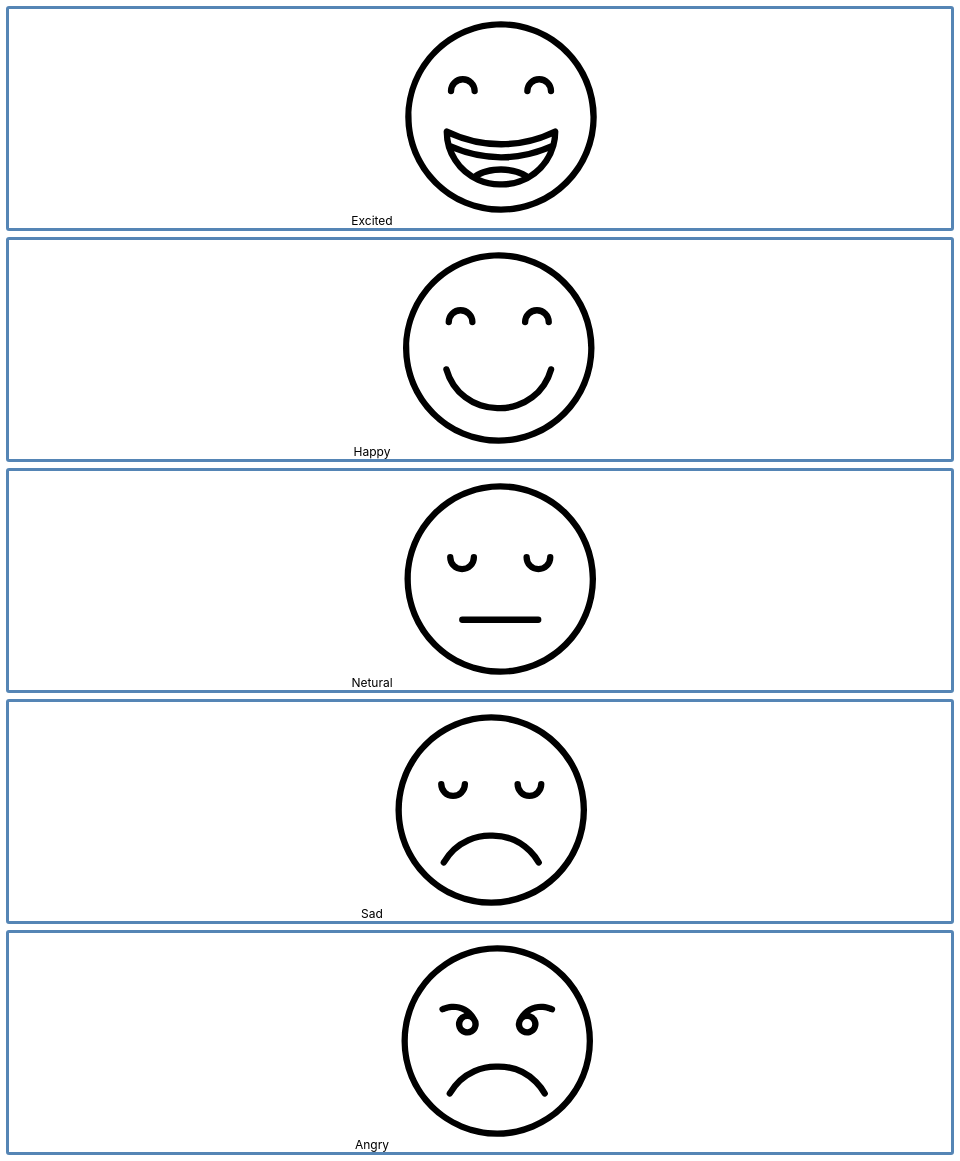
Repository: majakesin/moodify-app
Page: /
The author's editor kept a copy of each file at every save. The page is drawn from the files as they stood at one save, then again after the next save.
The browser window is 1280 px wide. The pictures show the whole page, at 75% of full size.
The project was rebuilt for these pictures with package versions that can differ from the ones it lists, and the page was loaded fresh each time.

Above is the page before, as saved 2023-08-21 11:43:25.

After the next save:
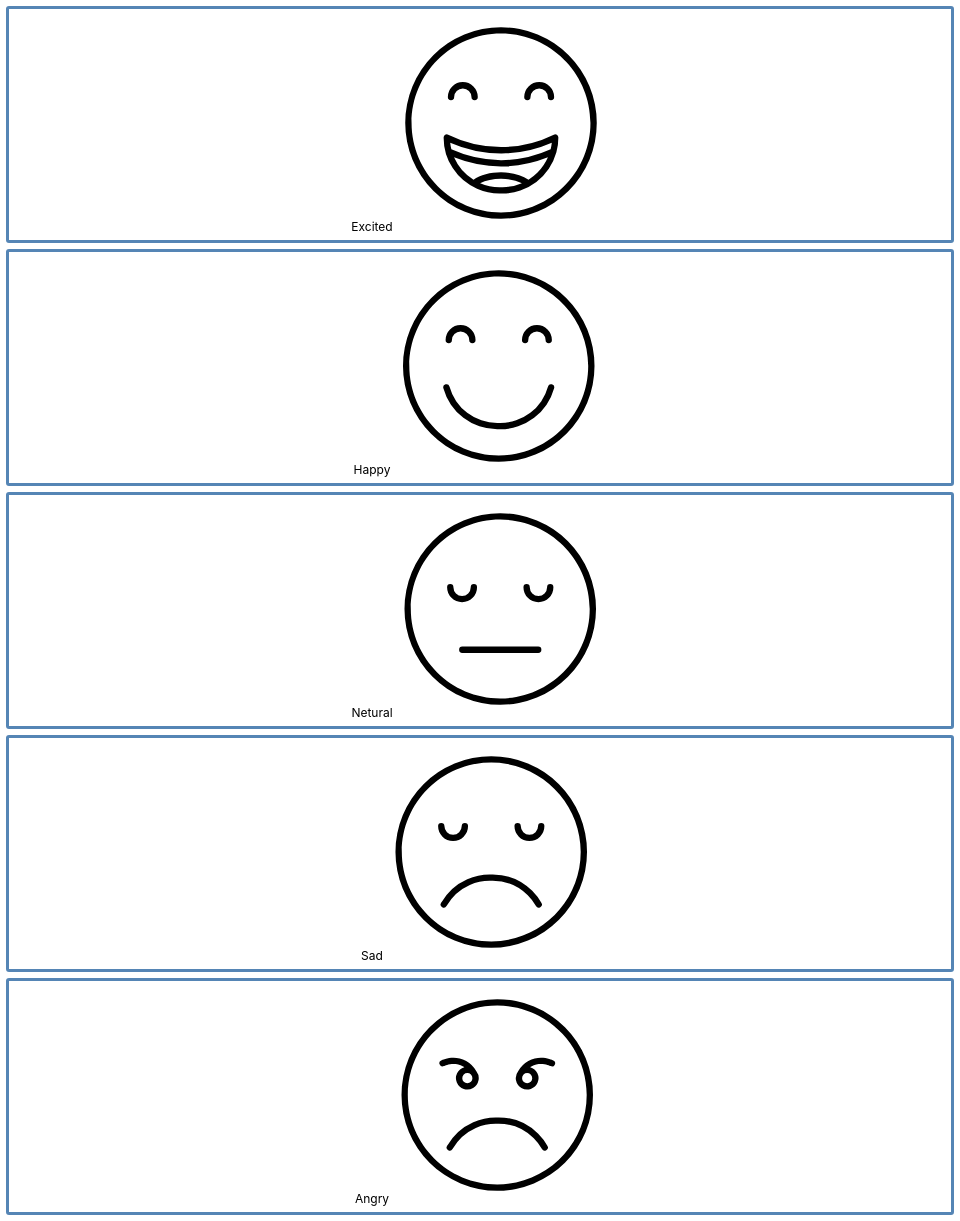
Saved 16 s later.
--- a/src/components/Mood/index.module.css
+++ b/src/components/Mood/index.module.css
@@ -5,4 +5,5 @@
     border: 4px solid var(--first-color);
     border-radius: 4px;
     margin: 8px;
+    padding: 8px;
 }
